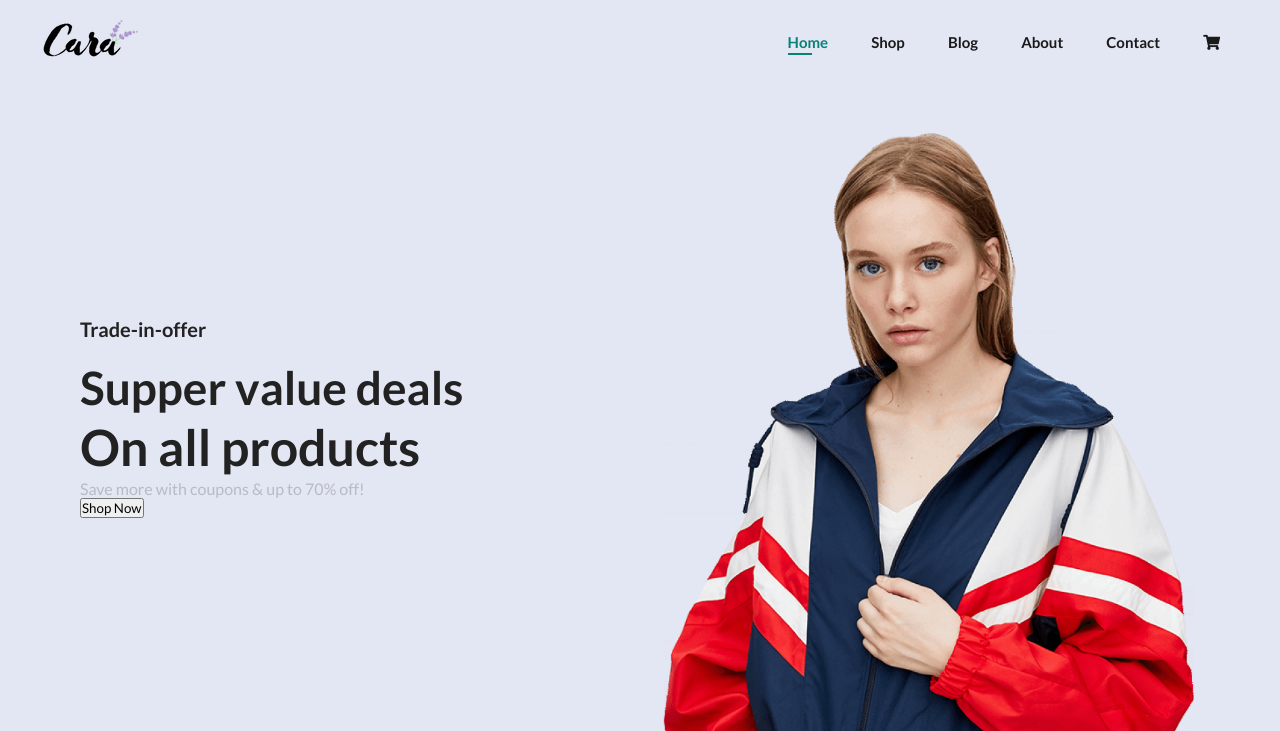
Repository: Nguyenductuan-dev/Website-Clothes
Page: index.html
These files come from the project's save history. The page is drawn as it stood at one moment and after the next save; the edit follows.
The browser window is 1280 px wide. The pictures show the whole page.

Above is the page before, as saved 2022-04-24 15:53:55.

### index.html
<!DOCTYPE html>
<html lang="en">
<head>
    <meta charset="UTF-8">
    <meta http-equiv="X-UA-Compatible" content="IE=edge">
    <meta name="viewport" content="width=device-width, initial-scale=1.0">
    <link rel="shortcut icon" href="assets/imgs/favicon.png" type="image/x-icon">
    <link rel="stylesheet" href="https://cdnjs.cloudflare.com/ajax/libs/font-awesome/5.15.1/css/all.min.css" />
    <link rel="preconnect" href="https://fonts.googleapis.com">
    <link rel="preconnect" href="https://fonts.gstatic.com" crossorigin>
    <link href="https://fonts.googleapis.com/css2?family=Lato:wght@400;700&family=Montserrat:ital,wght@0,200;0,300;0,400;0,500;0,600;0,700;1,600&display=swap" rel="stylesheet">
    <link rel="stylesheet" href="assets/css/style.css">
    <title>Website Clothes</title>
</head>
<body>
    <!-- ======================= HEADER ====================== -->
    <header class="header " id="header">
        <div class="header__container container">
            <a href="index.html" class="header__logo">
                <img src="assets/images/logo.png" alt="" class="header__logo-img">
            </a>

            <div class="navbar" id="navbar">
                <ul class="navbar__list">
                    <li class="navbar__item ">
                        <a href="index.html" class="navbar__link navbar__active">Home</a>
                    </li>
                    <li class="navbar__item">
                        <a href="shop.html" class="navbar__link">Shop</a>
                    </li>
                    <li class="navbar__item">
                        <a href="blog.html" class="navbar__link">Blog</a>
                    </li>
                    <li class="navbar__item">
                        <a href="about.html" class="navbar__link">About</a>
                    </li>
                    <li class="navbar__item">
                        <a href="contact.html" class="navbar__link">Contact</a>
                    </li>
                    <li class="navbar__item">
                        <a href="cart.html" class="navbar__link">
                            <i class="fas fa-shopping-cart"></i>
                        </a>
                    </li>
                </ul>
            </div>
        </div>
    </header>

    <!-- ======================= BANNER ====================== -->
    <section class="banner" id="banner">
        <div class="banner__container container">
            <h4>Trade-in-offer</h4>
            <h2>Supper value deals</h2>
            <h1>On all products</h1>
            <p>Save more with coupons & up to 70% off!</p>
            <button class="banner__btn">
                Shop Now
            </button>
        </div>
    </section>

    <script src="assets/js/main.js"></script>
</body>
</html>

### assets/css/style.css
* {
    margin: 0;
    padding: 0;
    box-sizing: border-box;
    font-family: 'Lato', sans-serif;
}
h1 {
    font-size: 50px;
    line-height: 64px;
    color: #222;
}
h2 {
    font-size: 46px;
    line-height: 54px;
    color: #222;
}

h4 {
    font-size: 20px;
    line-height: 64px;
    color: #222;
}
h6 {
    font-weight: 700;
    font-size: 12px;
}
p {
    font-size: 16px;
    color: #4444;
}
body {
    width: 100%;
}
.container {
    max-width: 1200px;
    margin: auto;
}
/* ================ HEADER =================== */
.header {
    background-color: #e3e6f3;
    box-shadow: 0 5px 15px rgba(0, 0, 0, .06);
}
.header__container {
    max-width: 1200px;
    display: flex;
    justify-content: space-between;
    align-items: center;
    padding: 20px 0;
    margin: auto;
}
.navbar {
    display: inline-block;
}
.navbar__item {
    display: inline-block;
    list-style: none;
    padding: 0 20px;
    position: relative;
}
.navbar__link {
    text-decoration: none;
    color: #1a1a1a;
    font-size: 15px;
    font-weight: 600;
    transition: .3s ease;

}
.navbar__link:hover,
.navbar__link.navbar__active {
    color: #088178;
}
.navbar__active::after,
.navbar__link:hover::after {
    content: '';
    width: 30%;
    height: 2px;
    background-color: #088178;
    position: absolute;
    bottom: -4px;
    left: 20px;
}
/* ================ BANNER =================== */
.banner {
    background-image: url('../images/hero4.png');
    width: 100%;
    background-position: top 25% right 0;
    background-size: cover;
    padding: 0 80px;
}
.banner__container {
    display: flex;
    height: 90vh;
    flex-direction: column;
    align-items: flex-start;
    justify-content: center;
}

Loaded but not shown: assets/js/main.js (no stored copy; drawn as an empty file)

After the next save:
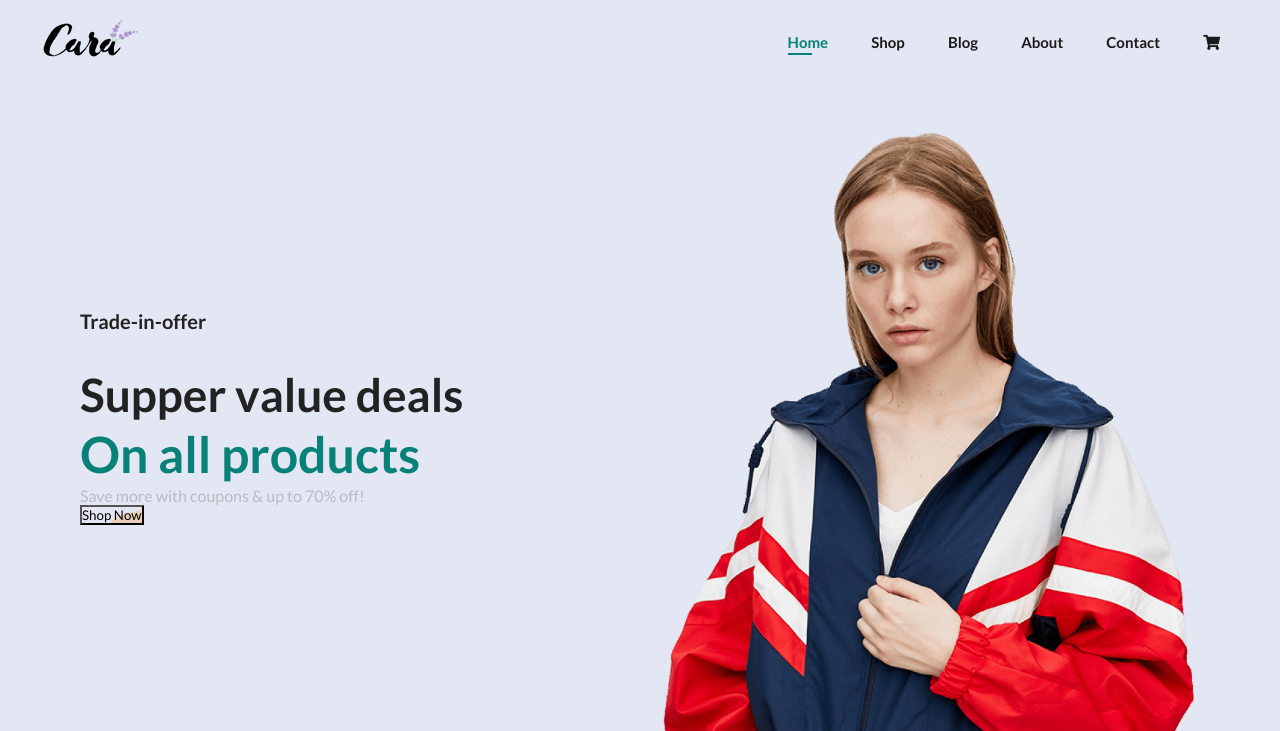
Saved 39 s later.
--- a/assets/css/style.css
+++ b/assets/css/style.css
@@ -94,3 +94,14 @@ body {
     align-items: flex-start;
     justify-content: center;
 }
+.banner__container h4 {
+    padding-bottom: 15px;
+}
+.banner__container h1 {
+    color: #088178;
+}
+.banner__container .banner__btn {
+    background-image: url('../images/button.png');
+    background-color: transparent;
+
+}
